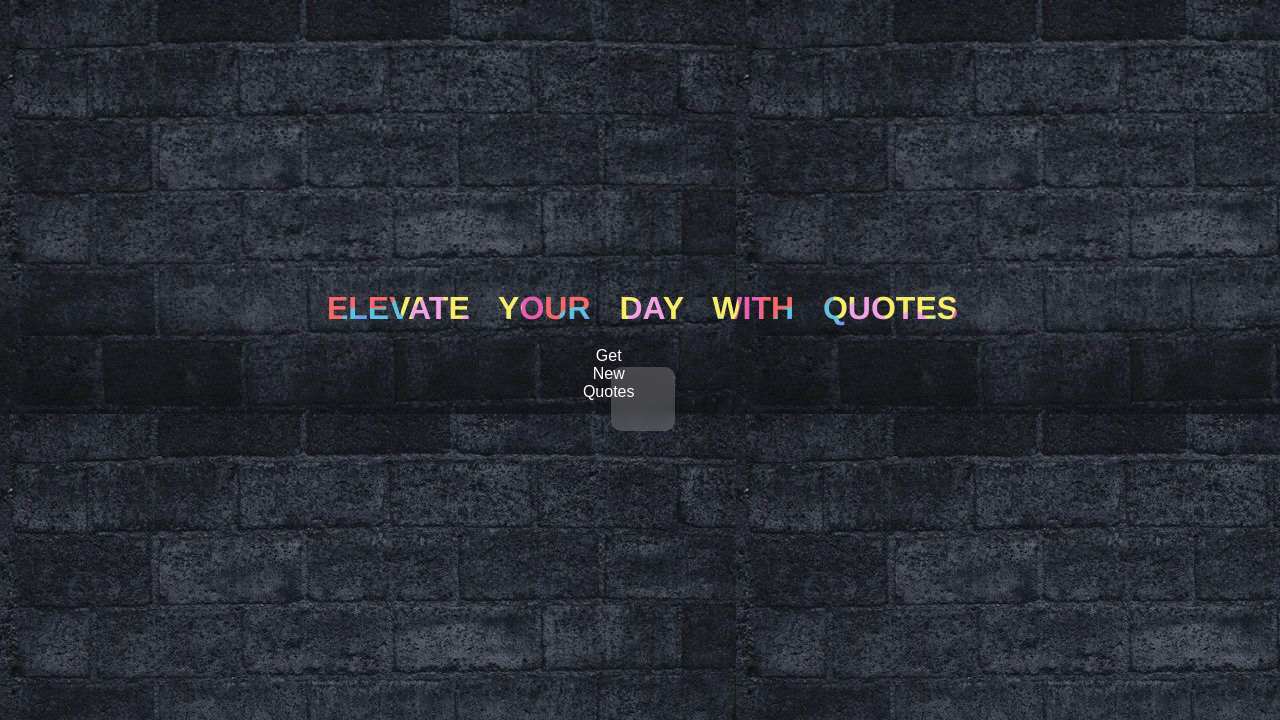
Repository: Bhavik-Sanghar/Quote-app
Page: /
These files come from the project's save history. The page is drawn as it stood at one moment and after the next save; the edit follows.
The browser window is 1280 px wide. The pictures show the whole page.
The page's requests for data from a server got no answer. The project was rebuilt for these pictures with package versions that can differ from the ones it lists, and the page was loaded fresh each time. No one was signed in, and anything a server would have sent is missing. Also part of the build but not shown: src/styles.css.

Above is the page before, as saved 2023-08-18 15:45:45.

### src/App.js
import React from 'react';
import './styles.css';
import QuoteComponent from './components/NewQuote'

function App() {
  return (
    <div className="App">

      <QuoteComponent/>


    </div>
  );
}

export default App;

### src/components/NewQuote.js
import React, { useEffect, useState } from "react";
import axios from "axios";
import './New.css'

const QuoteComponent = () => {
  const [quotes, setQuotes] = useState([]);
  const category = "inspirational";
  const apiKey = "EgtS4gqLsbjvHM2bBjKwBA==PYmsGLFQFXQzq0Na";

  useEffect(() => {
    fetchQuotes();
  }, []);

  const fetchQuotes = async () => {
    try {
      const response = await axios.get(
        `https://api.api-ninjas.com/v1/quotes?category=${category}&limit=1`, // Fetching 5 quotes
        {
          headers: { "X-Api-Key": apiKey },
        }
      );
      setQuotes(response.data);
    } catch (error) {
      console.error("Error: ", error);
    }
  };

  const handleFetchNewQuotes = () => {
    fetchQuotes();
  };

  return (
    <div className="quote-container">
      <h1>Elevate Your Day with Quotes</h1>
      <div className="card-container">
        {quotes.map((quote, index) => (
          <div key={index} className="card">
            <p className="quote-text">{quote.quote}</p>
            <p className="author">- {quote.author}</p>
          </div>
        ))} <button className="fetch-button" onClick={handleFetchNewQuotes}>
           Get New Quotes
      </button>
      </div>
    </div>
  );
};

export default QuoteComponent;

### src/components/New.css
.quote-container{
  padding: auto;
  padding-left: 5px;
  display: flex;
  flex-direction: column;
  justify-content: center;
  align-items: center;
  min-height: 100vh;
  background-color : black;
  background-image: url(./bg.jpg) ;
  transition: background-image 0.5s ease-in-out; /* Add transition for smooth image change */
  color : white;
  position: relative; /* Required for positioning pseudo-element */
  overflow: hidden; /* Hide overflowing pseudo-element content */
}




.quote-container h1
  {
    z-index: 2;
    margin: 20px;
    background-image: url(./h1.jpg);
    background-repeat: repeat;
    opacity: 0;
    -webkit-background-clip: text;
    -webkit-text-fill-color: transparent;
    text-align: center;
    word-spacing: 20px;
    font-weight: bold;
    text-transform: uppercase;
    font-family: 'Steelfish Rg', 'helvetica neue';
    font-weight: 800;
    -webkit-font-smoothing: antialiased;
    transition: background-color 0.3s ease-in-out;
    animation: fadeInHeading 2s ease-in-out 0.5s forwards;


}

.card:hover {
  /* Example animation - scale up on hover */
  transform: scale(1.05);
  transition: transform 0.3s ease-in-out;
}

.author:hover {
  /* Example animation - change text color on hover */
  color: #00e5ff; /* Change to your desired color */
  transition: color 0.3s ease-in-out;
}
.quote-container h1:hover {
  font-size: 2.2em;
  transition: font-size 0.3s ease-in-out;
}

.fetch-button {
  position: absolute;
  bottom: 20px; /* Adjust to your preference */
  right: 20px; /* Adjust to your preference */
  background-color: transparent;
  border: none;
  color: white;
  cursor: pointer;
  font-size: 16px;
  padding: 10px 20px;
  border-radius: 5px;
  transition: background-color 0.3s ease-in-out;
}


.fetch-button:hover {
  background-color: rgba(255, 255, 255, 0.1);
}


.card-container {
  z-index: 2;
  margin: 20px;
  margin-bottom: 20px;
  backdrop-filter: blur(5px);
  background-color: hsla(0, 0%, 100%, .2);
  border-radius: 10px;
  padding: 2rem;
  font-size: larger;
  font-family: 'Times New Roman', Times, serif;
  opacity: 0; /* Set initial opacity to 0 */
  animation: fadeInQuotes 3s ease-in-out 1s forwards, fadeInBackground 3s ease-in-out 1s forwards;
  position: relative; /* Ensure proper z-index behavior */
}



@keyframes fadeInHeading {
  from {
    opacity: 0;
    transform: translateY(-20px);
  }
  to {
    opacity: 1;
    transform: translateY(0);
  }
}

@keyframes fadeInQuotes {
  from {
    opacity: 0;
    transform: translateY(20px);
  }
  to {
    opacity: 1;
    transform: translateY(0);
  }
}

@keyframes fadeInBackground {
  from {
    opacity: 0;
  }
  to {
    opacity: 1;
  }
}

Loaded but not shown: public/index.html (common file); src/index.js (common file); src/index.css (common file); src/reportWebVitals.js (common file)

After the next save:
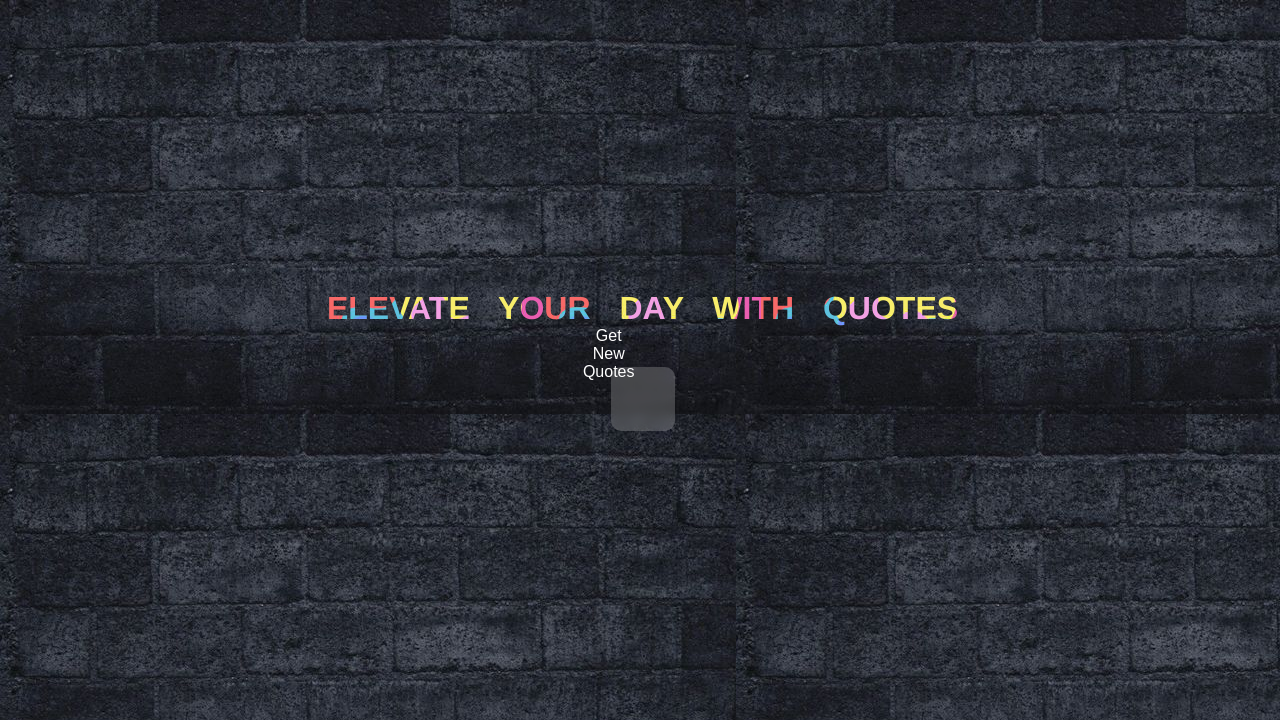
Saved 48 s later.
--- a/src/components/New.css
+++ b/src/components/New.css
@@ -57,6 +57,7 @@
 
 .fetch-button {
   position: absolute;
+  margin-bottom: 20px;
   bottom: 20px; /* Adjust to your preference */
   right: 20px; /* Adjust to your preference */
   background-color: transparent;
@@ -78,7 +79,6 @@
 .card-container {
   z-index: 2;
   margin: 20px;
-  margin-bottom: 20px;
   backdrop-filter: blur(5px);
   background-color: hsla(0, 0%, 100%, .2);
   border-radius: 10px;

After the save that followed:
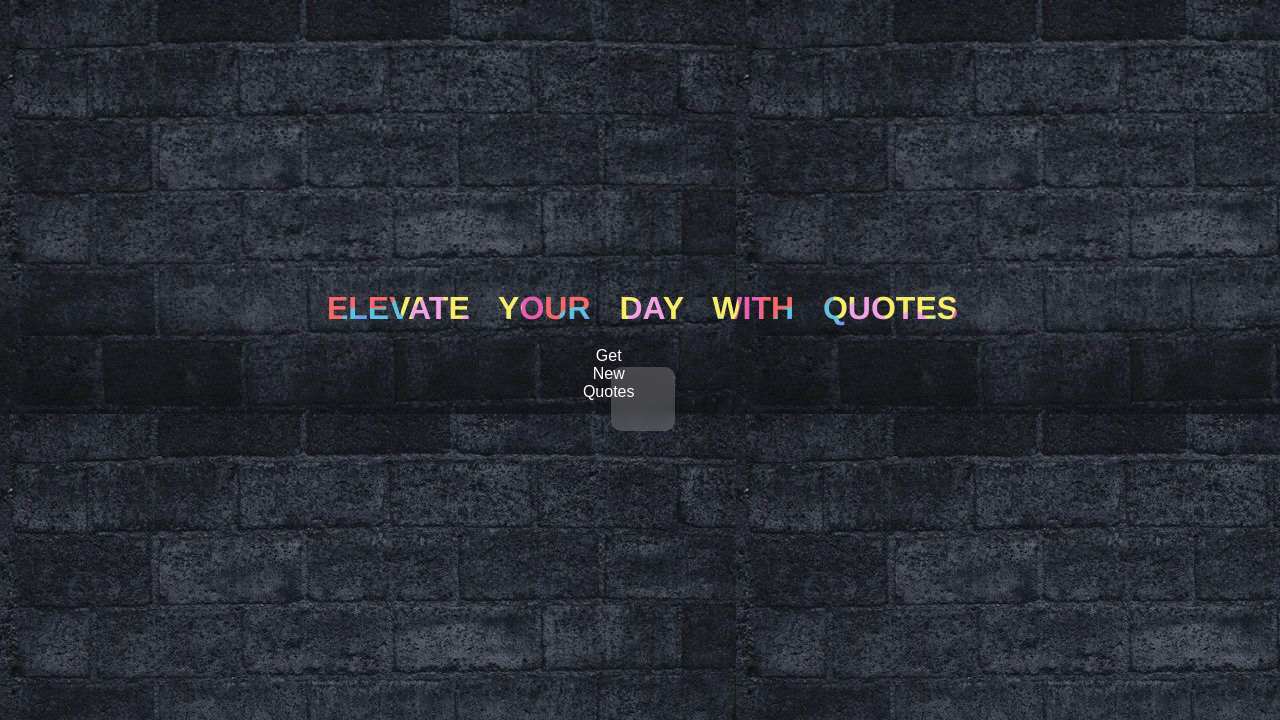
Saved 15 s later.
--- a/src/components/New.css
+++ b/src/components/New.css
@@ -57,7 +57,7 @@
 
 .fetch-button {
   position: absolute;
-  margin-bottom: 20px;
+  margin-top: 20px;
   bottom: 20px; /* Adjust to your preference */
   right: 20px; /* Adjust to your preference */
   background-color: transparent;
